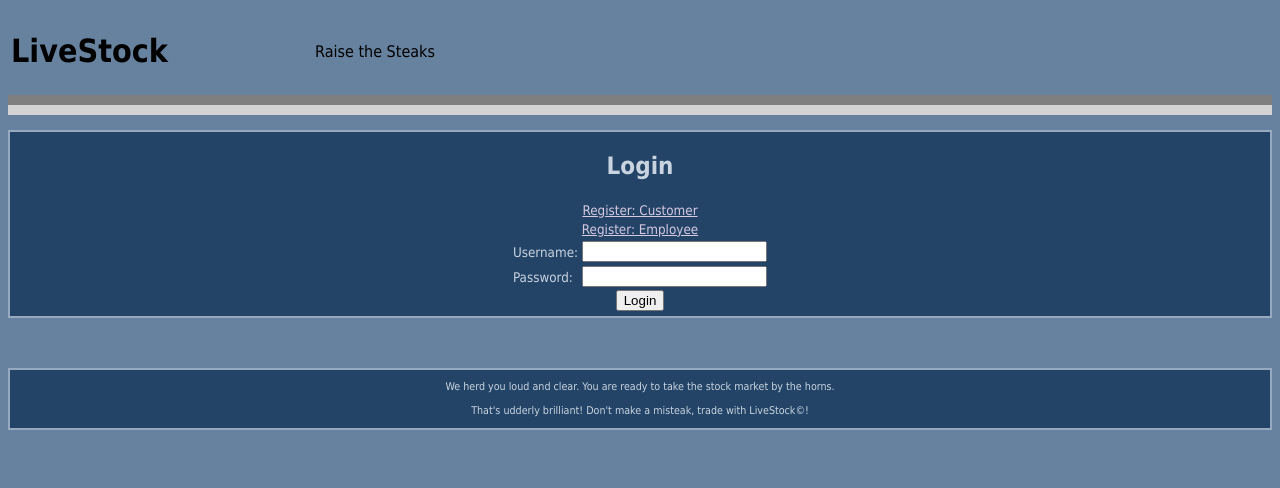
Repository: yastapova/live-stock
Page: LiveStockSite/WebContent/WEB-INF/cust/cust_acc_info.html
The author's editor kept a copy of each file at every save. The page is drawn from the files as they stood at one save, then again after the next save.
The browser window is 1280 px wide. The pictures show the whole page.

Above is the page before, as saved 2016-04-19 22:34:47.

### LiveStockSite/WebContent/WEB-INF/cust/cust_acc_info.html
<!DOCTYPE html>
<html>
<head>
	<meta charset="ISO-8859-1">
	<title>LiveStock Trading | Customer Account</title>
	<link rel="stylesheet" href="gen.css" />
</head>
<body>
	<div class="header">
	<table>
		<tr>
			<td width='300px'><h1>LiveStock</h1></td>
			<td width='300px'><p>Raise the Steaks</p></td>
		</tr>
	</table>
	</div>
	<div class="menu" align="right">

	</div>
	<div class="body" align="center">
		<h2>Login</h2>
		<a href="register_cus.html">Register: Customer</a> <br />
		<a href="register_emp.html">Register: Employee</a>
		<form>
			<table>
				<tr>
					<td><span class="formlabel">Username:</span></td>
					<td><input id="usrn" name="username" type="text" /></td>
				</tr>
				<tr>
					<td><span class="formlabel">Password:</span></td>
					<td><input id="pw" name="password" type="password" /></td>
				</tr>
			</table>
			<input type="submit" value="Login">
		</form>
	</div>

	<div class="footer">
	<p>We herd you loud and clear. You are ready to take the stock market by the horns.</p>
	<p>That's udderly brilliant! Don't make a misteak, trade with LiveStock&copy;!</p>
	</div>
</body>
</html>

### LiveStockSite/WebContent/WEB-INF/gen.css
@CHARSET "ISO-8859-1";

body {
	background-color: #67829F;
	font-family: Tahoma;
}
a {
	font-size: 10pt;
}
a:link {
	color: #D6C9E2;
}
a:visited {
	color: #896AA4;
}
a:hover {
	color: #D6C9E2;
}
.formlabel {
	font-size: 10pt;
}
.header {
	border-bottom-style: groove;
	border-bottom-width: 20px;
	border-bottom-color: lightgrey;
	margin-bottom: 15px;
}
.body {
	padding-left: 5px;
	padding-right: 5px;
	padding-bottom: 5px;
	background-color: #234467;
	border-style: solid;
	border-width: 2px;
	border-color: #95AAC0;
	color: #C8D4E0;
}
.footer {
	text-align: center;
	margin-top: 50px;
	padding-left: 5px;
	padding-right: 5px;
	background-color: #234467;
	border-style: solid;
	border-width: 2px;
	border-color: #95AAC0;
	color: #C8D4E0;
}
.footer p {
	font-size: 8pt;
}
.menu a:link, a:visited {
	background-color: #234467;
	color: #C8D4E0;
	padding: 10px 20px;
	text-align: center;
	text-decoration: none;
	display: inline-block;
}
.menu a:hover, a:active {
	background-color:#AF98C4;
	color: #436285;
}

After the next save:
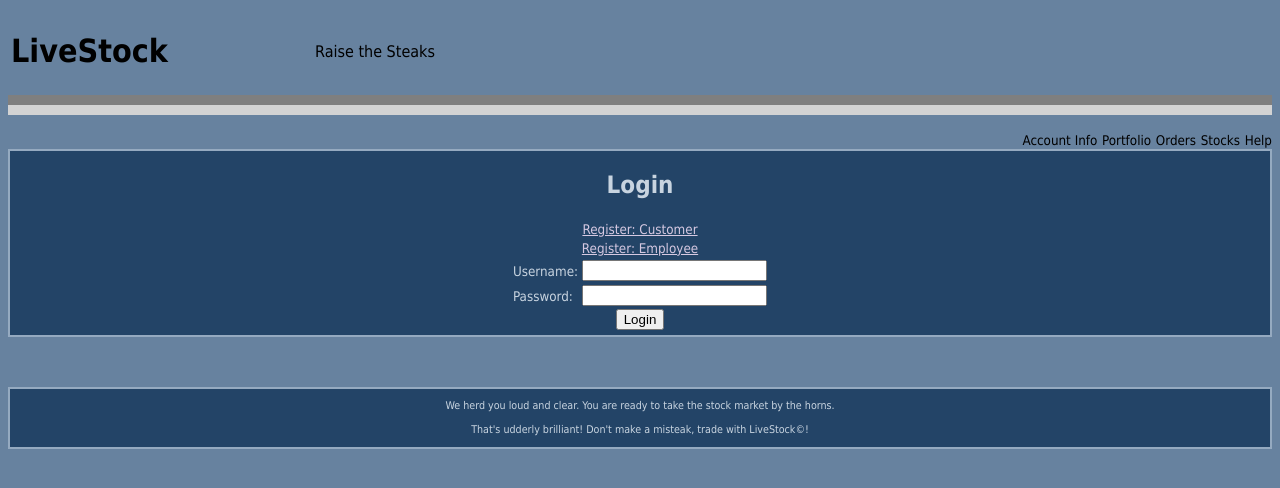
Saved 77 s later.
--- a/LiveStockSite/WebContent/WEB-INF/cust/cust_acc_info.html
+++ b/LiveStockSite/WebContent/WEB-INF/cust/cust_acc_info.html
@@ -15,7 +15,11 @@
 	</table>
 	</div>
 	<div class="menu" align="right">
-
+	<a>Account Info</a>
+	<a>Portfolio</a>
+	<a>Orders</a>
+	<a>Stocks</a>
+	<a>Help</a>
 	</div>
 	<div class="body" align="center">
 		<h2>Login</h2>
